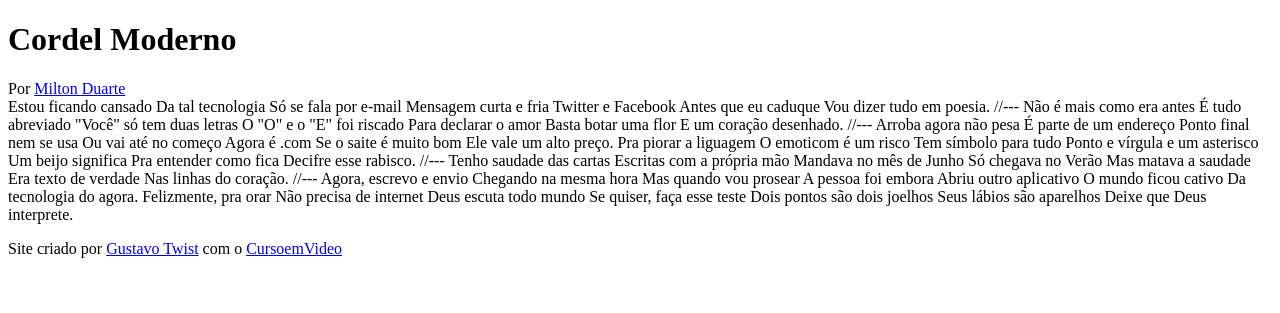
Repository: gustavotwist/projeto-cordel
Page: index.html
An editor plug-in stored every save of this project. The page is shown before and after the next save, followed by the edit.
The browser window is 1280 px wide. The pictures show the whole page.

Above is the page before, as saved 2024-04-15 21:29:02.

### index.html
<!DOCTYPE html>
<html lang="pt-br">
<head>
    <meta charset="UTF-8">
    <meta name="viewport" content="width=device-width, initial-scale=1.0">
    <title>Cordel Moderno</title>
</head>
<body>
    <header>
        <h1>Cordel Moderno</h1>
        Por <a href="https://www.recantodasletras.com.br/poesias/3186743" target="_blank">Milton Duarte</a>
    </header>

    Estou ficando cansado
    Da tal tecnologia
    Só se fala por e-mail
    Mensagem curta e fria
    Twitter e Facebook
    Antes que eu caduque
    Vou dizer tudo em poesia.

    //---

    Não é mais como era antes
    É tudo abreviado
    "Você" só tem duas letras
    O "O" e o "E" foi riscado
    Para declarar o amor
    Basta botar uma flor
    E um coração desenhado.

    //---

    Arroba agora não pesa
    É parte de um endereço
    Ponto final nem se usa
    Ou vai até no começo
    Agora é .com
    Se o saite é muito bom
    Ele vale um alto preço.

    Pra piorar a liguagem
    O emoticom é um risco
    Tem símbolo para tudo
    Ponto e vírgula e um asterisco
    Um beijo significa
    Pra entender como fica
    Decifre esse rabisco.

    //---

    Tenho saudade das cartas
    Escritas com a própria mão
    Mandava no mês de Junho
    Só chegava no Verão
    Mas matava a saudade
    Era texto de verdade
    Nas linhas do coração.

    //---

    Agora, escrevo e envio
    Chegando na mesma hora
    Mas quando vou prosear
    A pessoa foi embora
    Abriu outro aplicativo
    O mundo ficou cativo
    Da tecnologia do agora.

    Felizmente, pra orar
    Não precisa de internet
    Deus escuta todo mundo
    Se quiser, faça esse teste
    Dois pontos são dois joelhos
    Seus lábios são aparelhos
    Deixe que Deus interprete.

    <footer>
        <p>Site criado por <a href="https://github.com/gustavotwist" target="_blank">Gustavo Twist</a> com o <a href="https://www.cursoemvideo.com" target="_blank">CursoemVideo</a></p>
    </footer>
</body>
</html>

After the next save:
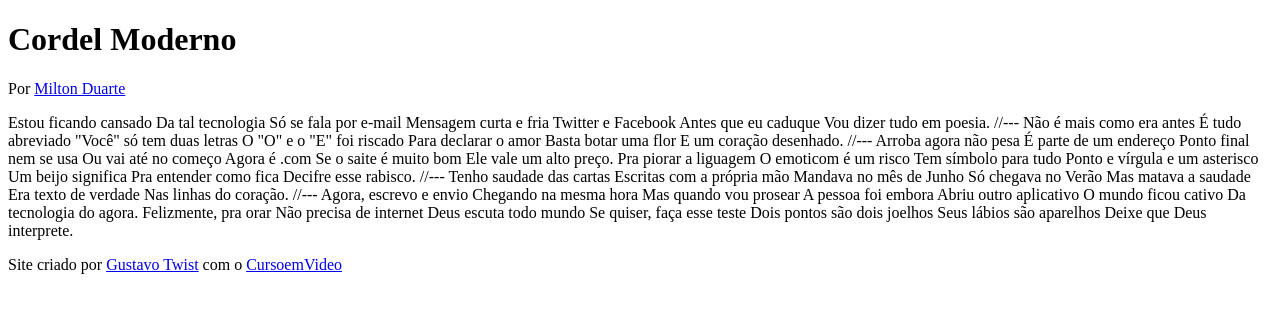
Saved 29 s later.
--- a/index.html
+++ b/index.html
@@ -8,7 +8,7 @@
 <body>
     <header>
         <h1>Cordel Moderno</h1>
-        Por <a href="https://www.recantodasletras.com.br/poesias/3186743" target="_blank">Milton Duarte</a>
+        <p>Por <a href="https://www.recantodasletras.com.br/poesias/3186743" target="_blank">Milton Duarte</a></p>
     </header>
 
     Estou ficando cansado
